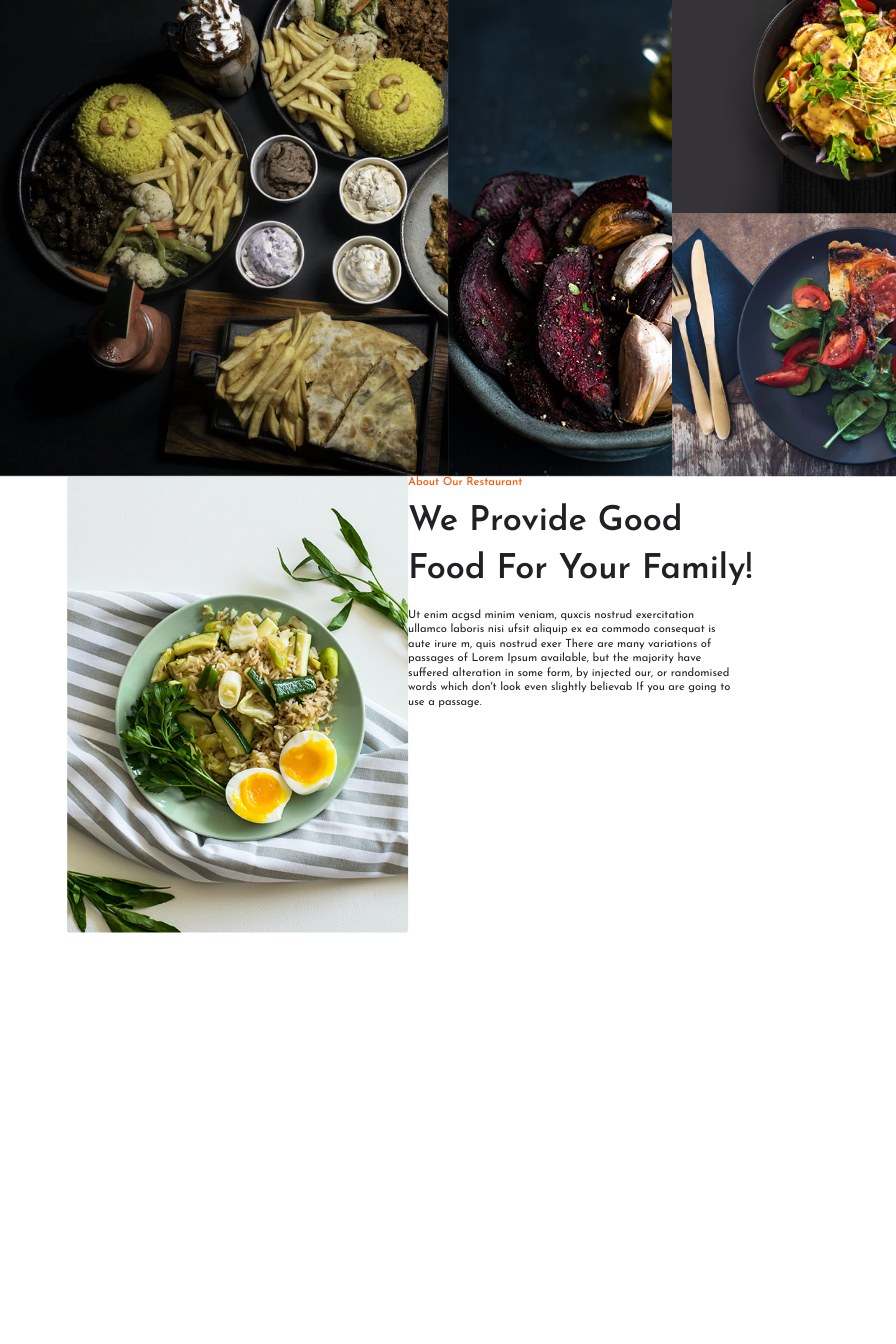
Repository: Ebtehal18/food
Page: index.html
These files come from the project's save history. The page is drawn as it stood at one moment and after the next save; the edit follows.
The browser window is 1280 px wide. The pictures show the part of the page from y = 2376 to 4296 px (the page is 10000 px tall), at 70% of full size.

Above is the page before, as saved 2024-01-18 18:57:43.

### index.html
<!DOCTYPE html>
<html lang="en">
  <head>
    <meta charset="UTF-8" />
    <meta name="viewport" content="width=device-width, initial-scale=1.0" />
    <title>Food All</title>
    <link rel="preconnect" href="https://fonts.googleapis.com">
    <link rel="preconnect" href="https://fonts.gstatic.com" crossorigin>
    <link href="https://fonts.googleapis.com/css2?family=Josefin+Sans:wght@200;300;400;500;600;700&display=swap" rel="stylesheet">
    <link rel="stylesheet" href="asessets/css/style.css" />
    <link rel="stylesheet" href="asessets/css/External/all.min.css" />
  </head>
  <body>
    <!-- nav bar -->
    <header class="header">
      <div class="logo"><img src="asessets/imgs/logo.png" alt="logo" /></div>
      <label for="checkbox"><i class="fa-solid fa-bars"></i></label>
      <input type="checkbox" id="checkbox">
      <nav class="nav">
        <ul class="nav-list">
          <li class="list-item"><a href="#">Home</a></li>
          <li class="list-item"><a href="#">About</a></li>
          <li class="list-item"><a href="#">Menu</a></li>
          <li class="list-item">
            <a href="#">Blog</a>
            <ul class="dropdown-list">
              <li class="dropdown-item"><a href="#">Blog</a></li>
              <li class="dropdown-item"><a href="#">Blog Details</a></li>
              <li class="dropdown-item"><a href="#">Element</a></li>
            </ul>
          </li>
          <li class="list-item"><a href="#">Contact</a></li>
        </ul>
      </nav>
      <button class="btn btn-nav">Order Online</button>
    </header>

    <!-- hero -->

    <section class="hero">
      <div class="container">
        <div class="row">
         <div class="hero-content">
           <span class="span">Discover Your Teste</span>
          <h1>We belive good food offer great smile</h1>
          <p>
            Ut enim ad minim veniam, quis nostrud exercitation ullamco laboris
            nisi ut aliquip ex ea commodo consequat is aute irure.
          </p>
          <button class="btn-hero">Resurvation</button>
        </div>
          </div>
        </div>
      </div>
    </section>

  <!-- about -->
    <section class="about">
      <div class="container">
        <div class="row">
        <div class="about-content">
          <span class="span">Discover Your Teste</span>
          <h2>We Provide Good Food For Your Family!</h2>
          <p>Ut enim acgsd minim veniam, quxcis nostrud exercitation ullamco laboris nisi ufsit aliquip ex ea commodo consequat is aute irure m, quis nostrud exer.</p>
          <div class="row">
        <div class="about-detail">
          <div class="about-icon">
            <img src="asessets/imgs/cooking.png" alt="cooking">
          </div>
        <p>Ut enim ad minim veniam, quis nostrud exer.</p>
      </div>
        <div class="about-detail">
          <div class="about-icon">
            <img src="asessets/imgs/restaurant.png" alt="cooking">
          </div>
        <p>Ut enim ad minim veniam, quis nostrud exer.</p>
      </div>
        <div class="about-detail">
          <div class="about-icon">
            <img src="asessets/imgs/chef.png" alt="cooking">
          </div>
        <p>Ut enim ad minim veniam, quis nostrud exer.</p>
      </div>
        <div class="about-detail">
          <div class="about-icon">
            <img src="asessets/imgs/cooking.png" alt="cooking">
          </div>
        <p>Ut enim ad minim veniam, quis nostrud exer.</p>
      </div>
          </div>
        </div>
        <div class="about-img">
          <img src="asessets/imgs/about.png" alt="chef's img">
        </div>
        </div>
      </div>
    </section>
    <!-- menu -->
    <section class="menu-sec">
      <div class="menu">
         <div class="container">
        <div class="menu-heading">
          <span class="span">Our Offerd Menu</span>
          <h2>Some Trendy And Popular Courses Offerd</h2>
          <ul class="list-menu">
            <li class="menu-item"><a href="#">special</a></li>
            <li  class="menu-item"><a href="#">breakfact</a></li>
            <li  class="menu-item"><a href="#">lunch</a></li>
            <li  class="menu-item"><a href="#">dinner</a></li>
          </ul>
        </div>


      </div>
    </div>
      <div class="grid-menu">
        <div class="menu-img">
          <div class="overlay">
            <span class="span">$25</span>
            <h2>Delicious Food</h2>
            <p>Ut enim ad minim veniam quis nostr.</p>
            <button class="btn-hero">Order Now</button>
          </div>
        </div>
        <div class="menu-img"> <div class="overlay">
          <span class="span">$25</span>
          <h2>Delicious Food</h2>
          <p>Ut enim ad minim veniam quis nostr.</p>
          <button class="btn-hero">Order Now</button>
        </div></div>
        <div class="menu-img"> <div class="overlay">
          <span class="span">$25</span>
          <h2>Delicious Food</h2>
          <p>Ut enim ad minim veniam quis nostr.</p>
          <button class="btn-hero">Order Now</button>
        </div></div>
        <div class="menu-img"> <div class="overlay">
          <span class="span">$25</span>
          <h2>Delicious Food</h2>
          <p>Ut enim ad minim veniam quis nostr.</p>
          <button class="btn-hero">Order Now</button>
        </div></div>

      </div>
    </section>
    <!-- blog -->
    <section class="blog">
      <div class="container">
        <div class="row">
          <div class="blog-img">
            <img src="asessets/imgs/about2.png" alt="">
          </div>
          <div class="blog-content">
            <span class="span">About Our Restaurant</span>
            <h2>We Provide Good Food For Your Family!</h2>
            <p>Ut enim acgsd minim veniam, quxcis nostrud exercitation ullamco laboris nisi ufsit aliquip ex ea commodo consequat is aute irure m, quis nostrud exer
              There are many variations of passages of Lorem Ipsum available, but the majority have suffered alteration in some form, by injected our, or randomised words which don't look even slightly believab If you are going to use a passage.</p>
          </div>
        </div>
      </div>
    </section>

  </body>
</html>

### asessets/css/style.css
/*
=======================================================
          public styles
======================================================= */
*,
*::after,
*::before {
  margin: 0;
  padding: 0;
  box-sizing: border-box;
}
html,
body {
  overflow-x: hidden;
}
body {
  font-family: "Josefin Sans", sans-serif;
  color: #141517;
  height: 10000px;
}
a {
  text-decoration: none;
}
li {
  list-style: none;
}
.container {
  width: 85%;
  margin: auto;
}
.row {
  display: flex;
  justify-content: space-between;
  align-items: flex-start;
}
.span {
  color: #ff5600;
  font-size: 16px;
  font-weight: 500;
  display: inline-block;
}
h2 {
  margin: 15px 0 20px;
  color: #212025;
  font-size: 49px;
  font-weight: 600;
  line-height: 1.4;
  width: 83%;
}
p {
  width: 77%;
  color: #212025;
  font-size: 16px;
  font-weight: 400;
  line-height: 1.3;
}


@media (max-width: 767px) {
  .row {
    flex-flow: column wrap;
  }
}

/*
=====================================================
            end public styles
=====================================================
 */

/* ===============
        navbar
 ================= */
.header {
  z-index: 999;
  display: flex;
  background-color: #fff;
  position: fixed;
  justify-content: space-around;
  align-items: center;
  top: 0;
  padding: 20px 65px;
  width: 100%;
}
.header .logo {
  width: 46%;
}
.header .nav .nav-list .list-item {
  padding: 0 30px;
  display: inline-block;
}
.header .nav .nav-list .list-item a {
  color: #141517;
  font-weight: 400;
  font-size: 16px;
  text-decoration: none;
}
.header .nav .nav-list .list-item a:hover {
  color: #ff5600;
}
.header .nav .nav-list .list-item:nth-child(4) {
  position: relative;
}
.header .nav .list-item .dropdown-list {
  padding: 10px 15px;
  background-color: #fff;
  position: absolute;
  top: 44px;
  left: -4px;
  opacity: 0;
  transition: all 0.4s ease-in;
  -webkit-transition: all 0.4s ease-in;
  -moz-transition: all 0.4s ease-in;
  -ms-transition: all 0.4s ease-in;
  -o-transition: all 0.4s ease-in;
}
.header .nav .nav-list .list-item:nth-child(4):hover .dropdown-list {
  opacity: 1;
  top: 63px;
}

.header .nav .list-item .dropdown-list li {
  width: 140px;
  display: inline-block;
  margin-bottom: 20px;
}
.header .btn {
  position: relative;
  z-index: 1;
  cursor: pointer;
  color: #464d65;
  outline: none;
  border: 1px solid #ff5600;
  font-size: 14px;
  font-weight: 500;
  background-color: transparent;
  padding: 19px 47px;
  border-radius: 5px;
  -webkit-border-radius: 5px;
  -moz-border-radius: 5px;
  -ms-border-radius: 5px;
  -o-border-radius: 5px;
  transition: all 0.4s ease-in;
  -webkit-transition: all 0.4s ease-in;
  -moz-transition: all 0.4s ease-in;
  -ms-transition: all 0.4s ease-in;
  -o-transition: all 0.4s ease-in;
}
.header .btn::before {
  background-color: #ff5600;
  position: absolute;
  content: "";
  top: 0;
  left: 0;
  height: 0%;
  width: 100%;
  z-index: -1;
  transition: all 0.4s ease-in;
  -webkit-transition: all 0.4s ease-in;
  -moz-transition: all 0.4s ease-in;
  -ms-transition: all 0.4s ease-in;
  -o-transition: all 0.4s ease-in;
}
.header .btn:hover {
  color: #fff;
}
.header .btn:hover::before {
  height: 100%;
}
.header input,
label {
  display: none;
}
@media (max-width: 1100px) {
  .header .logo {
    width: 20%;
  }
}

@media (max-width: 991px) {
  .header {
    justify-content: space-between;
    padding: 10px 20px;
  }
  .header .logo {
    width: 84%;
  }
  .header nav .nav-list {
    display: none;
  }
  .header .nav-list {
    padding: 20px 0;
    left: 0;
    right: 0;
    background-color: #ffb400fa;
    position: absolute;
    top: 100%;
  }

  .header .nav .nav-list .list-item {
    margin-bottom: 20px;
    padding: 0 30px;
    display: block;
  }
  .header .nav .nav-list .list-item a {
    color: #fff;
  }

  .header .nav .nav-list .list-item:nth-child(4):hover .dropdown-list {
    border-radius: 5px;
    left: 30px;
    top: 23px;
    background-color: #ff5600;
    -webkit-border-radius: 5px;
    -moz-border-radius: 5px;
    -ms-border-radius: 5px;
    -o-border-radius: 5px;
  }
  .header .nav .list-item .dropdown-list li {
    display: block;
  }
  .header .nav .list-item .dropdown-list a,
  .header .nav .list-item .dropdown-list a:hover {
    color: #fff;
  }
  .header .btn {
    display: none;
  }
  .header label {
    display: block;
  }
  .header label i {
    font-size: 24px;
  }
  .header input:checked + nav .nav-list {
    display: block;
  }
}

/* ===============
       end  navbar
 ================= */
/* ===============
       hero
 ================= */
.hero {
  display: flex;
  width: 100%;
  height: 1080px;
  background-image: url(../imgs/h1_hero.png);
  background-size: cover;
  background-position: bottom;
}

/* .hero .hero-content {
  margin-top: -237px;
} */

.hero .hero-content h1 {
  margin-top: 40px;
  font-weight: 700;
  color: #212025;
  font-size: 87px;
  width: 80%;
  line-height: 1.4;
}
.hero .hero-content p {
  font-weight: 400;
  margin-bottom: 30px;
  line-height: 1.3;
  width: 44%;
  color: #212025;
  font-size: 16px;
}
 .btn-hero {
  letter-spacing: 1.1px;
  position: relative;
  z-index: 1;
  cursor: pointer;
  color: #fff;
  outline: none;
  border: 1px solid #ff5600;
  font-size: 14px;
  font-weight: 500;
  background-color: #ff5600;
  padding: 19px 47px;
  border-radius: 5px;
  -webkit-border-radius: 5px;
  -moz-border-radius: 5px;
  -ms-border-radius: 5px;
  -o-border-radius: 5px;
  transition: all 0.4s ease-in;
  -webkit-transition: all 0.4s ease-in;
  -moz-transition: all 0.4s ease-in;
  -ms-transition: all 0.4s ease-in;
  -o-transition: all 0.4s ease-in;
}
 .btn-hero::before {
  z-index: -1;
  content: "";
  background-color: rgba(0, 0, 0, 0.6);
  top: 0;
  left: 0;
  width: 0;
  height: 100%;
  position: absolute;
  transition: all 0.4s;
  -webkit-transition: all 0.4s;
  -moz-transition: all 0.4s;
  -ms-transition: all 0.4s;
  -o-transition: all 0.4s;
}
.btn-hero:hover::before {
  filter: grayscale(50%);
  width: 100%;
  -webkit-filter: grayscale(50%);
}
@media (max-width: 1100px) {
  .hero .hero-content {
    margin: 0;
  }
  .hero .hero-content h1 {
    font-size: 60px;
  }
}

@media (max-width: 991px) {
  .hero {
    height: 700px;
  }
  .hero .hero-content {
    margin: 0;
    padding: 206px 0 100px;
  }
  .hero .hero-content .span {
    margin-bottom: 40px;
  }
  .hero .hero-content h1 {
    width: 88%;
    font-size: 50px;
    margin-bottom: 40px;
  }
  .hero .hero-content p {
    line-height: 1.4;
    width: 74%;
  }
}

@media (max-width: 767px) {
  .hero {
    height: 600px;
  }
  .hero .hero-content {
    padding: 100px 0 0;
    margin: 0;
  }
  .hero .hero-content span {
    margin-bottom: 20px;
  }
  .hero .hero-content h1 {
    font-size: 27px;
    width: 100%;
    margin-bottom: 30px;
  }
  .hero .hero-content p {
    margin-bottom: 20px;
    width: 100%;
  }
}

/* about */
.about {
  padding: 100px 0;
}
.about .container .row {
  align-items: center;
}
.about .about-content {
  width: 50%;
}

.about .about-content .row {
  margin-top: 50px;
  display: grid;
  grid-template-columns: repeat(2, 1fr);
  gap: 20px;
}
.about .about-content .row .about-detail {
  display: flex;
  gap: 20px;
  align-items: center;
}
.about .about-content .row .about-detail p {
  width: 69%;
}

.about .row .about-detail .about-icon {
  width: 15%;
}
.about .row .about-detail .about-icon img,
.about .about-img img {
  width: 100%;
}
.about .about-img {
  width: 50%;
}
@media (max-width: 991px) {
  .about {
    padding: 50px 0;
  }
  .about .row {
    flex-flow: row wrap;
  }
  .about .about-content {
    width: 100%;
  }
  .about .about-content h2 {
    width: 100%;
    font-size: 27px;
  }
  .about .about-content .row {
    margin-top: 25px;
    display: grid;
    grid-template-columns: repeat(2, 1fr);
    gap: 20px;
  }
  .about .about-img {
    margin-top: 20px;
    width: 100%;
  }
}

@media (max-width: 767px) {
  .about {
    padding: 40px 0;
  }
  .about .about-content {
    width: 100%;
  }
  .about .about-content h2 {
    width: 100%;
    font-size: 27px;
  }
  .about .about-content .row {
    margin-top: 25px;
    display: grid;
    grid-template-columns: repeat(1, 1fr);
    gap: 20px;
  }
  .about .about-img {
    margin-top: 20px;
    width: 100%;
  }
}
/* menu */
.menu {
  background-image: url(../imgs/section_bg01.png);
  background-size: cover;
  background-position: center center;
  padding: 70px 0 50px;
}
.menu .menu-heading {
  text-align: center;
}

.menu .menu-heading h2 {
  line-height: 1.3;
  margin: auto;
  width: 59%;
  color: #212025;
  font-size: 49px;
  font-weight: 600;
  margin-top: 20px;
}
.menu .menu-heading .list-menu {
  align-items: center;
  margin-top: 70px;
  display: flex;
  justify-content: center;
  gap: 50px;
}
}
.menu .menu-heading .list-menu li a{
  text-transform: uppercase;

}

.menu .menu-heading .list-menu li:not(:first-child) a {
  z-index: 1;
  font-weight: 400;
  font-size: 16px;
  color: #1b1b1b;
  text-decoration: none;
}

.menu .menu-heading .list-menu li:first-child a {
  background-color: #ff5600;
  padding: 10px 22px;
  position: relative;
  color: #fff;
}
.menu .menu-heading .list-menu li:first-child a::before {
  top: 36px;
  left: 38%;
  content: "";
  position: absolute;
  width: 0;
  height: 0;
  border-bottom: 12px solid transparent;
  border-top: 10px solid #ff5600;
  border-left: 12px solid transparent;
  border-right: 12px solid transparent;
}



.menu-sec .grid-menu{
  display: grid;
  grid-template-columns: repeat(4,1fr);
  grid-template-rows: repeat(2,1fr);
}
.menu-sec .grid-menu .menu-img {
  overflow: hidden;
  position: relative;
}
.menu-sec .grid-menu .menu-img .overlay{
 width: 100%;
 height: 100%;
 display: flex;
 align-items: center;
 justify-content: center;
 flex-direction: column;
 position: absolute;
 z-index: 1;
 text-align: center;
 background-color: rgba(0, 0, 0, 0.6);
 opacity: 0;
 transition:all 0.4s ease-in ;
 -webkit-transition:all 0.4s ease-in ;
 -moz-transition:all 0.4s ease-in ;
 -ms-transition:all 0.4s ease-in ;
 top: 40%;
 -o-transition:all 0.4s ease-in ;
}
.menu-sec .grid-menu .menu-img:hover .overlay{
  top: 0;
  opacity: 1;
}
.menu-sec .grid-menu .menu-img .overlay .span{
  font-size: 30px;
}
.menu-sec .grid-menu .menu-img .overlay h2{
  color: #fff;
font-size: 50px;
font-weight: 700;
margin-bottom: 20px;

}
.menu-sec .grid-menu .menu-img .overlay p{
      margin-bottom: 20px;
      color: #fff;
      font-size: 13px;
}

.menu-sec .grid-menu .menu-img:nth-child(1){
  grid-column: 1/3;
  grid-row: 1/-1;
  background-image: url(../imgs/gallery1.png);
  background-size: cover;
  min-height: 730px;
}

.menu-sec .grid-menu .menu-img:nth-child(2){
  background-image: url(../imgs/gallery2.png);
  background-size: cover;
  background-position: left;
  min-height: 730px;
  grid-row: 1/-1;

}
.menu-sec .grid-menu .menu-img:nth-child(3) {
  background-image: url(../imgs/gallery3.png);
  background-size: cover;
  background-position: left;
  min-height: 375px;

}
.menu-sec .grid-menu .menu-img:nth-child(4) {
  background-image: url(../imgs/gallery4.png);
  background-size: cover;
  background-position: left;
  min-height: 375px;
}

@media (max-width:991px) {
  .menu .menu-heading h2 {
    width: 100%;
  }
  /* .menu .menu-heading .list-menu .menu-item {
    width: 30%;
    margin-bottom: 20px;
} */
.menu-sec .grid-menu {
  display: grid;
  grid-template-columns: repeat(2,1fr);
   /* grid-template-rows: ; */
  }
 .menu-sec .grid-menu .menu-img:nth-child(1) {
    background-position: left;
    grid-column: 1/2;

  }
  /* .menu-sec .grid-menu .menu-img:nth-child(2) {
    grid-row: unset;
}  */
.menu-sec .grid-menu .menu-img .overlay h2{
  font-size: 35px;
  }
}
@media (max-width:767px) {
  .menu .menu-heading h2 {
    width: 100%;
    font-size: 24px;
  }
  .menu .menu-heading .list-menu {
    flex-flow: row wrap;
    gap: 0;
  }
  .menu .menu-heading .list-menu .menu-item {
    width: 30%;
    margin-bottom: 20px;
}
.menu-sec .grid-menu {
  display: grid;
  grid-template-columns: unset;
   grid-template-rows: unset;
  }
  .menu-sec .grid-menu .menu-img:nth-child(1) {
    background-position: left;
    grid-column: unset;
     grid-row: unset;
  }
  .menu-sec .grid-menu .menu-img:nth-child(2) {
    grid-row: unset;
}
.menu-sec .grid-menu .menu-img .overlay h2{
font-size: 30px;
}
}

Loaded but not shown: asessets/css/External/all.min.css (library)

After the next save:
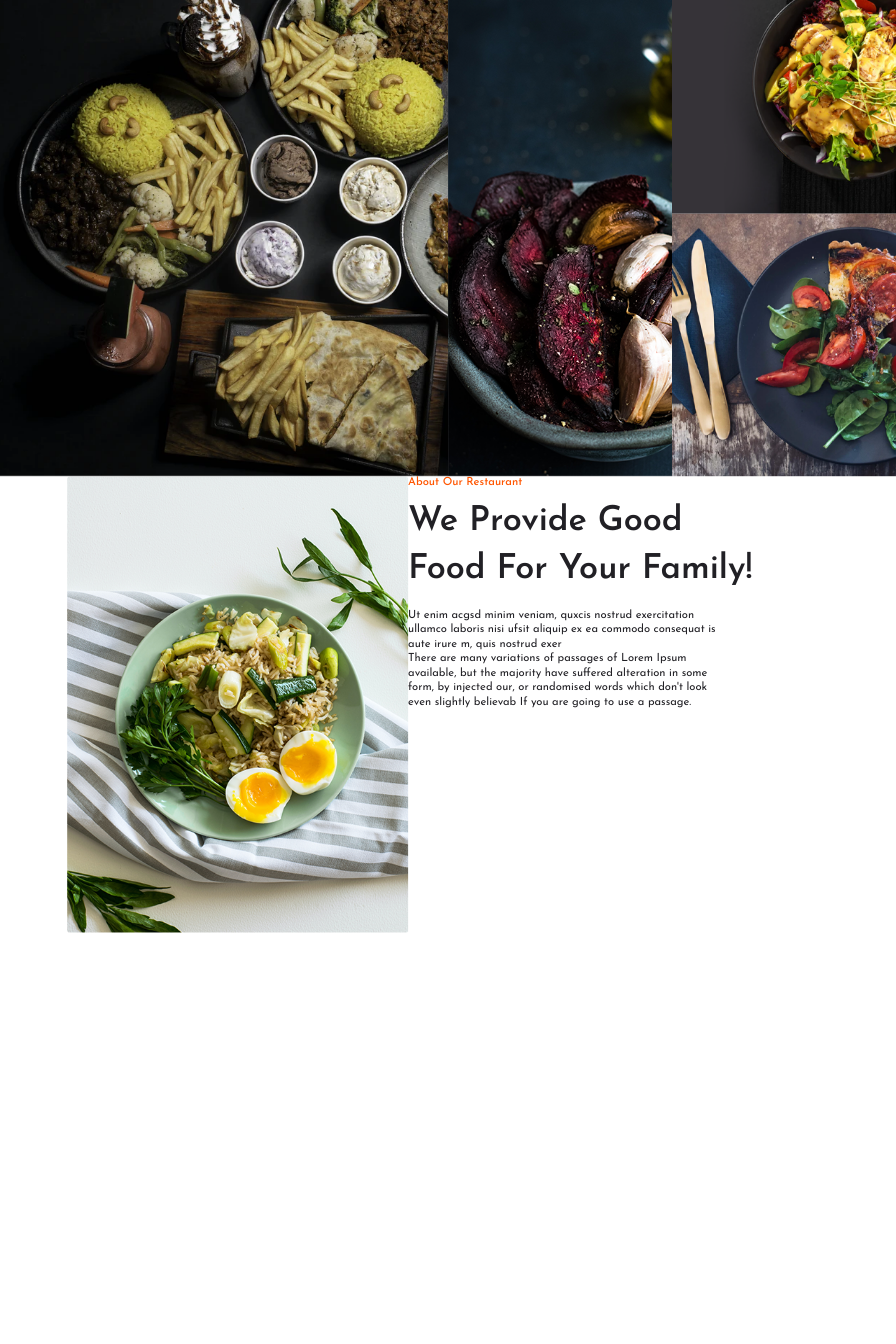
Saved 11 s later.
--- a/index.html
+++ b/index.html
@@ -153,8 +153,8 @@
           <div class="blog-content">
             <span class="span">About Our Restaurant</span>
             <h2>We Provide Good Food For Your Family!</h2>
-            <p>Ut enim acgsd minim veniam, quxcis nostrud exercitation ullamco laboris nisi ufsit aliquip ex ea commodo consequat is aute irure m, quis nostrud exer
-              There are many variations of passages of Lorem Ipsum available, but the majority have suffered alteration in some form, by injected our, or randomised words which don't look even slightly believab If you are going to use a passage.</p>
+            <p>Ut enim acgsd minim veniam, quxcis nostrud exercitation ullamco laboris nisi ufsit aliquip ex ea commodo consequat is aute irure m, quis nostrud exer</p>
+            <p>There are many variations of passages of Lorem Ipsum available, but the majority have suffered alteration in some form, by injected our, or randomised words which don't look even slightly believab If you are going to use a passage.</p>
           </div>
         </div>
       </div>
